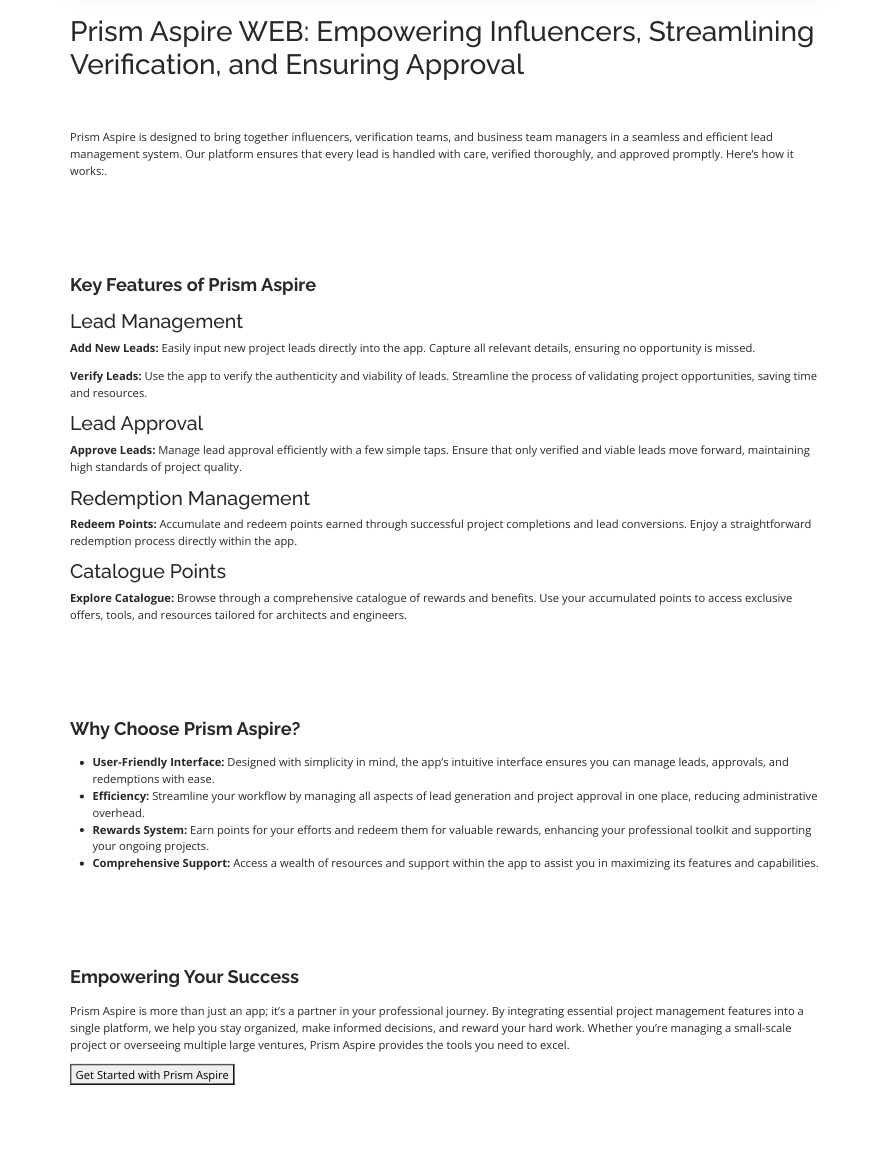
Repository: ajeettiwari-2809/iPortfolio
Page: aspireweb.html
The author's editor kept a copy of each file at every save. The page is drawn from the files as they stood at one save, then again after the next save.
The browser window is 1280 px wide. The pictures show the part of the page from y = 907 to 2827 px (the page is 2577 px tall before and 2827 px after), at 70% of full size.

Above is the page before, as saved 2024-06-05 12:28:37.

### aspireweb.html
<!DOCTYPE html>
<html lang="en">

<head>
  <meta charset="utf-8">
  <meta content="width=device-width, initial-scale=1.0" name="viewport">

  <title>Prism ASPIRE APP </title>


  <!-- Favicons -->

  <!-- Google Fonts -->
  <link href="https://fonts.googleapis.com/css?family=Open+Sans:300,300i,400,400i,600,600i,700,700i|Raleway:300,300i,400,400i,500,500i,600,600i,700,700i|Poppins:300,300i,400,400i,500,500i,600,600i,700,700i" rel="stylesheet">

  <!-- Vendor CSS Files -->
  <link href="assets/vendor/aos/aos.css" rel="stylesheet">
  <link href="assets/vendor/bootstrap/css/bootstrap.min.css" rel="stylesheet">
  <link href="assets/vendor/bootstrap-icons/bootstrap-icons.css" rel="stylesheet">
  <link href="assets/vendor/boxicons/css/boxicons.min.css" rel="stylesheet">
  <link href="assets/vendor/glightbox/css/glightbox.min.css" rel="stylesheet">
  <link href="assets/vendor/swiper/swiper-bundle.min.css" rel="stylesheet">

  <!-- Template Main CSS File -->
  <link href="assets/css/style.css" rel="stylesheet">

  <!-- =======================================================
  * Template Name: iPortfolio
  * Template URL: https://bootstrapmade.com/iportfolio-bootstrap-portfolio-websites-template/
  * Updated: Mar 17 2024 with Bootstrap v5.3.3
  * Author: BootstrapMade.com
  * License: https://bootstrapmade.com/license/
  ======================================================== -->
</head>

<body>

  <!-- ======= Mobile nav toggle button ======= -->
  <!-- <i class="bi bi-list mobile-nav-toggle d-xl-none"></i> -->

  <!-- ======= Header ======= -->



    <!-- ======= Breadcrumbs ======= -->
    <section id="breadcrumbs" class="breadcrumbs">
      <div class="container">

        <div class="d-flex justify-content-between align-items-center">
          <h2>PRISM ASPIRE WEB</h2>
          <ol>
            <li><a href="index.html">Home</a></li>
            <li>Portfoio Details</li>
          </ol>
        </div>

      </div>
    </section><!-- End Breadcrumbs -->

    <!-- ======= Portfolio Details Section ======= -->
    <!-- <section id="portfolio-details" class="portfolio-details">
      <div class="container">

        <div class="row gy-4">

          <div class="col-lg-8">
            <div class="portfolio-details-slider swiper">
              <div class="swiper-wrapper align-items-center">

                <div class="swiper-slide">
                  <img src="assets/img/portfolio/portfolio-details-1.jpg" alt="">
                </div>

                <div class="swiper-slide">
                  <img src="assets/img/portfolio/portfolio-details-2.jpg" alt="">
                </div>

                <div class="swiper-slide">
                  <img src="assets/img/portfolio/portfolio-details-3.jpg" alt="">
                </div>

              </div>
              <div class="swiper-pagination"></div>
            </div>
          </div>

          <div class="col-lg-4">
            <div class="portfolio-info">
              <h3>Project information</h3>
              <ul>
                <li><strong>Category</strong>: Android </li>
                <li><strong>Client</strong>: Prism Johnson Limited</li>

                <li><strong>Project URL</strong>: <a href="https://play.google.com/store/search?q=prism%20aspire&c=apps&hl=en-IN">https://play.google.com/store/search?q=prism%20aspire&c=apps&hl=en-IN</a></li>
              </ul>
            </div>
            <div class="portfolio-description">
              <header>
                <h1>Prism Aspire App: Empowering Architect and Engineering Excellence</h1>
            </header>

            <section class="intro">
                <p>At Prism Johnson Limited, we understand the unique challenges faced by architects and engineers in managing projects efficiently. That’s why we’ve developed the <strong>Prism Aspire App</strong>, a comprehensive solution designed to enhance your workflow and ensure seamless project management. With a focus on user-friendly functionality, Prism Aspire offers a range of features tailored to meet the specific needs of the architectural and engineering community.</p>
            </section>

            <section class="features">
                <h2>Key Features of Prism Aspire</h2>
                <div class="feature-card">
                    <h3>Lead Management</h3>
                    <p><strong>Add New Leads:</strong> Easily input new project leads directly into the app. Capture all relevant details, ensuring no opportunity is missed.</p>
                    <p><strong>Verify Leads:</strong> Use the app to verify the authenticity and viability of leads. Streamline the process of validating project opportunities, saving time and resources.</p>
                </div>

                <div class="feature-card">
                    <h3>Lead Approval</h3>
                    <p><strong>Approve Leads:</strong> Manage lead approval efficiently with a few simple taps. Ensure that only verified and viable leads move forward, maintaining high standards of project quality.</p>
                </div>

                <div class="feature-card">
                    <h3>Redemption Management</h3>
                    <p><strong>Redeem Points:</strong> Accumulate and redeem points earned through successful project completions and lead conversions. Enjoy a straightforward redemption process directly within the app.</p>
                </div>

                <div class="feature-card">
                    <h3>Catalogue Points</h3>
                    <p><strong>Explore Catalogue:</strong> Browse through a comprehensive catalogue of rewards and benefits. Use your accumulated points to access exclusive offers, tools, and resources tailored for architects and engineers.</p>
                </div>
            </section>

            <section class="benefits">
                <h2>Why Choose Prism Aspire?</h2>
                <ul>
                    <li><strong>User-Friendly Interface:</strong> Designed with simplicity in mind, the app’s intuitive interface ensures you can manage leads, approvals, and redemptions with ease.</li>
                    <li><strong>Efficiency:</strong> Streamline your workflow by managing all aspects of lead generation and project approval in one place, reducing administrative overhead.</li>
                    <li><strong>Rewards System:</strong> Earn points for your efforts and redeem them for valuable rewards, enhancing your professional toolkit and supporting your ongoing projects.</li>
                    <li><strong>Comprehensive Support:</strong> Access a wealth of resources and support within the app to assist you in maximizing its features and capabilities.</li>
                </ul>
            </section>

            <section class="call-to-action">
                <h2>Empowering Your Success</h2>
                <p>Prism Aspire is more than just an app; it’s a partner in your professional journey. By integrating essential project management features into a single platform, we help you stay organized, make informed decisions, and reward your hard work. Whether you’re managing a small-scale project or overseeing multiple large ventures, Prism Aspire provides the tools you need to excel.</p>
                <button class="download-btn">Get Started with Prism Aspire</button>
            </section>

              </p>
            </div>
          </div>

        </div>

      </div>
    </section>End Portfolio Details Section -->

    <section id="portfolio-details" class="portfolio-details">
      <div class="container">
        <div class="portfolio-details-slider swiper">
          <div class="swiper-wrapper align-items-center">
            <div class="swiper-slide">
              <img src="assets/img/portfolio/portfolio-details-1.jpg" alt="">
            </div>
            <div class="swiper-slide">
              <img src="assets/img/portfolio/portfolio-details-2.jpg" alt="">
            </div>
            <div class="swiper-slide">
              <img src="assets/img/portfolio/portfolio-details-3.jpg" alt="">
            </div>
          </div>
          <div class="swiper-pagination"></div>
        </div>

        <div class="portfolio-info">
          <h3>Project information</h3>
          <ul>
            <li><strong>Category</strong>: WEB </li>
            <li><strong>Client</strong>: Prism Johnson Limited</li>
            <li><strong>Project URL</strong>: <a href="hhttps://aspire.prismcement.com/">https://aspire.prismcement.com/</a></li>
          </ul>
        </div>

        <div class="portfolio-description">
          <header>
            <h1>Prism Aspire WEB: Empowering Influencers, Streamlining Verification, and Ensuring Approval</h1>
          </header>

          <section class="intro">
            <p>Prism Aspire is designed to bring together influencers, verification teams, and business team managers in a seamless and efficient lead management system. Our platform ensures that every lead is handled with care, verified thoroughly, and approved promptly. Here’s how it works:.</p>
          </section>

          <section class="features">
            <h2>Key Features of Prism Aspire</h2>
            <div class="feature-card">
              <h3>Lead Management</h3>
              <p><strong>Add New Leads:</strong> Easily input new project leads directly into the app. Capture all relevant details, ensuring no opportunity is missed.</p>
              <p><strong>Verify Leads:</strong> Use the app to verify the authenticity and viability of leads. Streamline the process of validating project opportunities, saving time and resources.</p>
            </div>

            <div class="feature-card">
              <h3>Lead Approval</h3>
              <p><strong>Approve Leads:</strong> Manage lead approval efficiently with a few simple taps. Ensure that only verified and viable leads move forward, maintaining high standards of project quality.</p>
            </div>

            <div class="feature-card">
              <h3>Redemption Management</h3>
              <p><strong>Redeem Points:</strong> Accumulate and redeem points earned through successful project completions and lead conversions. Enjoy a straightforward redemption process directly within the app.</p>
            </div>

            <div class="feature-card">
              <h3>Catalogue Points</h3>
              <p><strong>Explore Catalogue:</strong> Browse through a comprehensive catalogue of rewards and benefits. Use your accumulated points to access exclusive offers, tools, and resources tailored for architects and engineers.</p>
            </div>
          </section>

          <section class="benefits">
            <h2>Why Choose Prism Aspire?</h2>
            <ul>
              <li><strong>User-Friendly Interface:</strong> Designed with simplicity in mind, the app’s intuitive interface ensures you can manage leads, approvals, and redemptions with ease.</li>
              <li><strong>Efficiency:</strong> Streamline your workflow by managing all aspects of lead generation and project approval in one place, reducing administrative overhead.</li>
              <li><strong>Rewards System:</strong> Earn points for your efforts and redeem them for valuable rewards, enhancing your professional toolkit and supporting your ongoing projects.</li>
              <li><strong>Comprehensive Support:</strong> Access a wealth of resources and support within the app to assist you in maximizing its features and capabilities.</li>
            </ul>
          </section>

          <section class="call-to-action">
            <h2>Empowering Your Success</h2>
            <p>Prism Aspire is more than just an app; it’s a partner in your professional journey. By integrating essential project management features into a single platform, we help you stay organized, make informed decisions, and reward your hard work. Whether you’re managing a small-scale project or overseeing multiple large ventures, Prism Aspire provides the tools you need to excel.</p>
            <button class="download-btn">Get Started with Prism Aspire</button>
          </section>
        </div>
      </div>
    </section>







  <!-- ======= Footer ======= -->
  <footer id="footer">
    <div class="container">
      <div class="copyright">
        &copy; Copyright <strong><span>iPortfolio</span></strong>
      </div>
      <div class="credits">
        <!-- All the links in the footer should remain intact. -->
        <!-- You can delete the links only if you purchased the pro version. -->
        <!-- Licensing information: https://bootstrapmade.com/license/ -->
        <!-- Purchase the pro version with working PHP/AJAX contact form: https://bootstrapmade.com/iportfolio-bootstrap-portfolio-websites-template/ -->
        Designed by <a href="https://bootstrapmade.com/">BootstrapMade</a>
      </div>
    </div>
  </footer><!-- End  Footer -->

  <a href="#" class="back-to-top d-flex align-items-center justify-content-center"><i class="bi bi-arrow-up-short"></i></a>

  <!-- Vendor JS Files -->
  <script src="assets/vendor/purecounter/purecounter_vanilla.js"></script>
  <script src="assets/vendor/aos/aos.js"></script>
  <script src="assets/vendor/bootstrap/js/bootstrap.bundle.min.js"></script>
  <script src="assets/vendor/glightbox/js/glightbox.min.js"></script>
  <script src="assets/vendor/isotope-layout/isotope.pkgd.min.js"></script>
  <script src="assets/vendor/swiper/swiper-bundle.min.js"></script>
  <script src="assets/vendor/typed.js/typed.umd.js"></script>
  <script src="assets/vendor/waypoints/noframework.waypoints.js"></script>
  <script src="assets/vendor/php-email-form/validate.js"></script>

  <!-- Template Main JS File -->
  <script src="assets/js/main.js"></script>

</body>

</html>

Loaded but not shown: assets/vendor/aos/aos.css (library); assets/vendor/bootstrap/css/bootstrap.min.css (library); assets/vendor/bootstrap-icons/bootstrap-icons.css (library); assets/vendor/boxicons/css/boxicons.min.css (library); assets/vendor/glightbox/css/glightbox.min.css (library); assets/vendor/swiper/swiper-bundle.min.css (library); assets/vendor/purecounter/purecounter_vanilla.js (library); assets/vendor/aos/aos.js (library); assets/vendor/bootstrap/js/bootstrap.bundle.min.js (library); assets/vendor/glightbox/js/glightbox.min.js (library); assets/vendor/isotope-layout/isotope.pkgd.min.js (library); assets/vendor/swiper/swiper-bundle.min.js (library); assets/vendor/typed.js/typed.umd.js (library); assets/vendor/waypoints/noframework.waypoints.js (library); assets/vendor/php-email-form/validate.js (common file); assets/js/main.js (263 lines, source omitted); assets/css/style.css (1106 lines, source omitted)

After the next save:
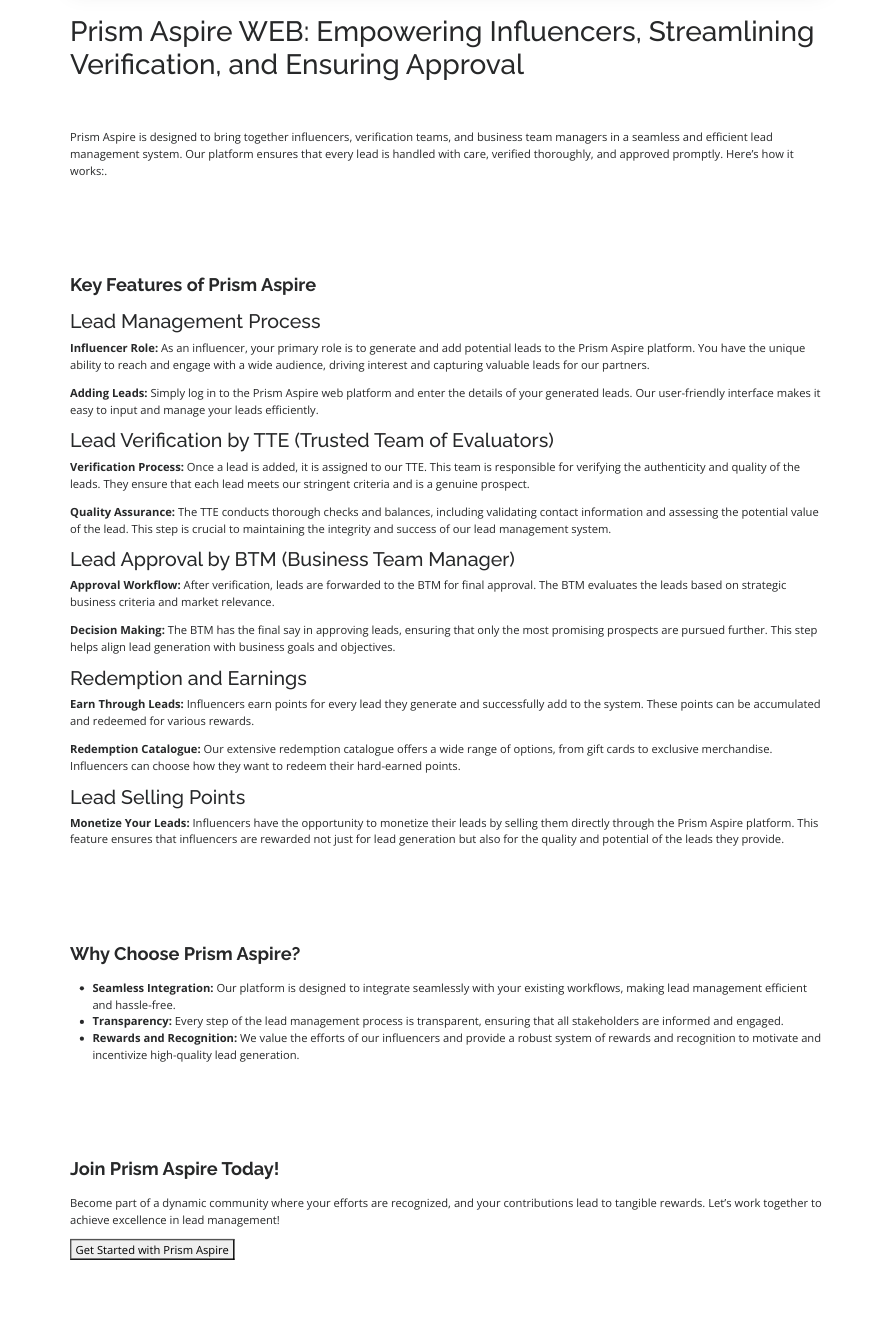
Saved 5 min 10 s later.
--- a/aspireweb.html
+++ b/aspireweb.html
@@ -189,43 +189,52 @@
 
           <section class="features">
             <h2>Key Features of Prism Aspire</h2>
-            <div class="feature-card">
-              <h3>Lead Management</h3>
-              <p><strong>Add New Leads:</strong> Easily input new project leads directly into the app. Capture all relevant details, ensuring no opportunity is missed.</p>
-              <p><strong>Verify Leads:</strong> Use the app to verify the authenticity and viability of leads. Streamline the process of validating project opportunities, saving time and resources.</p>
-            </div>
-
-            <div class="feature-card">
-              <h3>Lead Approval</h3>
-              <p><strong>Approve Leads:</strong> Manage lead approval efficiently with a few simple taps. Ensure that only verified and viable leads move forward, maintaining high standards of project quality.</p>
-            </div>
-
-            <div class="feature-card">
-              <h3>Redemption Management</h3>
-              <p><strong>Redeem Points:</strong> Accumulate and redeem points earned through successful project completions and lead conversions. Enjoy a straightforward redemption process directly within the app.</p>
-            </div>
-
-            <div class="feature-card">
-              <h3>Catalogue Points</h3>
-              <p><strong>Explore Catalogue:</strong> Browse through a comprehensive catalogue of rewards and benefits. Use your accumulated points to access exclusive offers, tools, and resources tailored for architects and engineers.</p>
+
+            <div class="feature-card">
+              <h3>Lead Management Process</h3>
+              <p><strong>Influencer Role:</strong> As an influencer, your primary role is to generate and add potential leads to the Prism Aspire platform. You have the unique ability to reach and engage with a wide audience, driving interest and capturing valuable leads for our partners.</p>
+              <p><strong>Adding Leads:</strong> Simply log in to the Prism Aspire web platform and enter the details of your generated leads. Our user-friendly interface makes it easy to input and manage your leads efficiently.</p>
+            </div>
+
+            <div class="feature-card">
+              <h3>Lead Verification by TTE (Trusted Team of Evaluators)</h3>
+              <p><strong>Verification Process:</strong> Once a lead is added, it is assigned to our TTE. This team is responsible for verifying the authenticity and quality of the leads. They ensure that each lead meets our stringent criteria and is a genuine prospect.</p>
+              <p><strong>Quality Assurance:</strong> The TTE conducts thorough checks and balances, including validating contact information and assessing the potential value of the lead. This step is crucial to maintaining the integrity and success of our lead management system.</p>
+            </div>
+
+            <div class="feature-card">
+              <h3>Lead Approval by BTM (Business Team Manager)</h3>
+              <p><strong>Approval Workflow:</strong> After verification, leads are forwarded to the BTM for final approval. The BTM evaluates the leads based on strategic business criteria and market relevance.</p>
+              <p><strong>Decision Making:</strong> The BTM has the final say in approving leads, ensuring that only the most promising prospects are pursued further. This step helps align lead generation with business goals and objectives.</p>
+            </div>
+
+            <div class="feature-card">
+              <h3>Redemption and Earnings</h3>
+              <p><strong>Earn Through Leads:</strong> Influencers earn points for every lead they generate and successfully add to the system. These points can be accumulated and redeemed for various rewards.</p>
+              <p><strong>Redemption Catalogue:</strong> Our extensive redemption catalogue offers a wide range of options, from gift cards to exclusive merchandise. Influencers can choose how they want to redeem their hard-earned points.</p>
+            </div>
+
+            <div class="feature-card">
+              <h3>Lead Selling Points</h3>
+              <p><strong>Monetize Your Leads:</strong> Influencers have the opportunity to monetize their leads by selling them directly through the Prism Aspire platform. This feature ensures that influencers are rewarded not just for lead generation but also for the quality and potential of the leads they provide.</p>
             </div>
           </section>
 
           <section class="benefits">
             <h2>Why Choose Prism Aspire?</h2>
             <ul>
-              <li><strong>User-Friendly Interface:</strong> Designed with simplicity in mind, the app’s intuitive interface ensures you can manage leads, approvals, and redemptions with ease.</li>
-              <li><strong>Efficiency:</strong> Streamline your workflow by managing all aspects of lead generation and project approval in one place, reducing administrative overhead.</li>
-              <li><strong>Rewards System:</strong> Earn points for your efforts and redeem them for valuable rewards, enhancing your professional toolkit and supporting your ongoing projects.</li>
-              <li><strong>Comprehensive Support:</strong> Access a wealth of resources and support within the app to assist you in maximizing its features and capabilities.</li>
+              <li><strong>Seamless Integration:</strong> Our platform is designed to integrate seamlessly with your existing workflows, making lead management efficient and hassle-free.</li>
+              <li><strong>Transparency:</strong> Every step of the lead management process is transparent, ensuring that all stakeholders are informed and engaged.</li>
+              <li><strong>Rewards and Recognition:</strong> We value the efforts of our influencers and provide a robust system of rewards and recognition to motivate and incentivize high-quality lead generation.</li>
             </ul>
           </section>
 
           <section class="call-to-action">
-            <h2>Empowering Your Success</h2>
-            <p>Prism Aspire is more than just an app; it’s a partner in your professional journey. By integrating essential project management features into a single platform, we help you stay organized, make informed decisions, and reward your hard work. Whether you’re managing a small-scale project or overseeing multiple large ventures, Prism Aspire provides the tools you need to excel.</p>
+            <h2>Join Prism Aspire Today!</h2>
+            <p>Become part of a dynamic community where your efforts are recognized, and your contributions lead to tangible rewards. Let’s work together to achieve excellence in lead management!</p>
             <button class="download-btn">Get Started with Prism Aspire</button>
           </section>
+
         </div>
       </div>
     </section>
